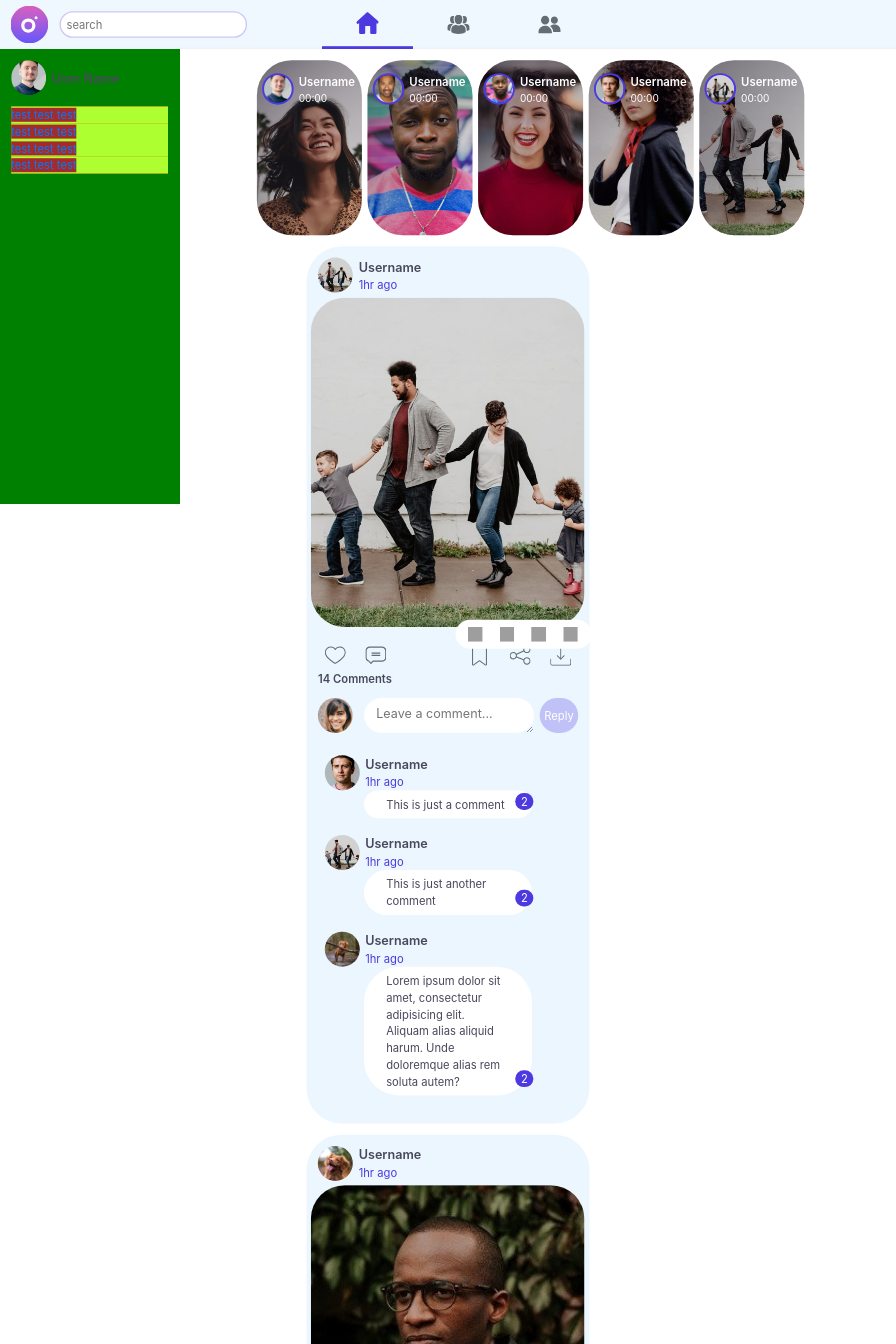
Repository: Flovet-stack/memic
Page: home.html
An editor plug-in stored every save of this project. The page is shown before and after the next save, followed by the edit.
The browser window is 1280 px wide. The pictures show the part of the page from y = 0 to 1920 px (the page is 3240 px tall), at 70% of full size.
Pictures or frames that could not be fetched are drawn as grey boxes. Some web fonts or font styles are not loaded; a fallback is used.

Above is the page before, as saved 2020-10-18 00:59:17.
Console error: TypeError: Cannot read properties of undefined (reading 'fn')

After the next save:
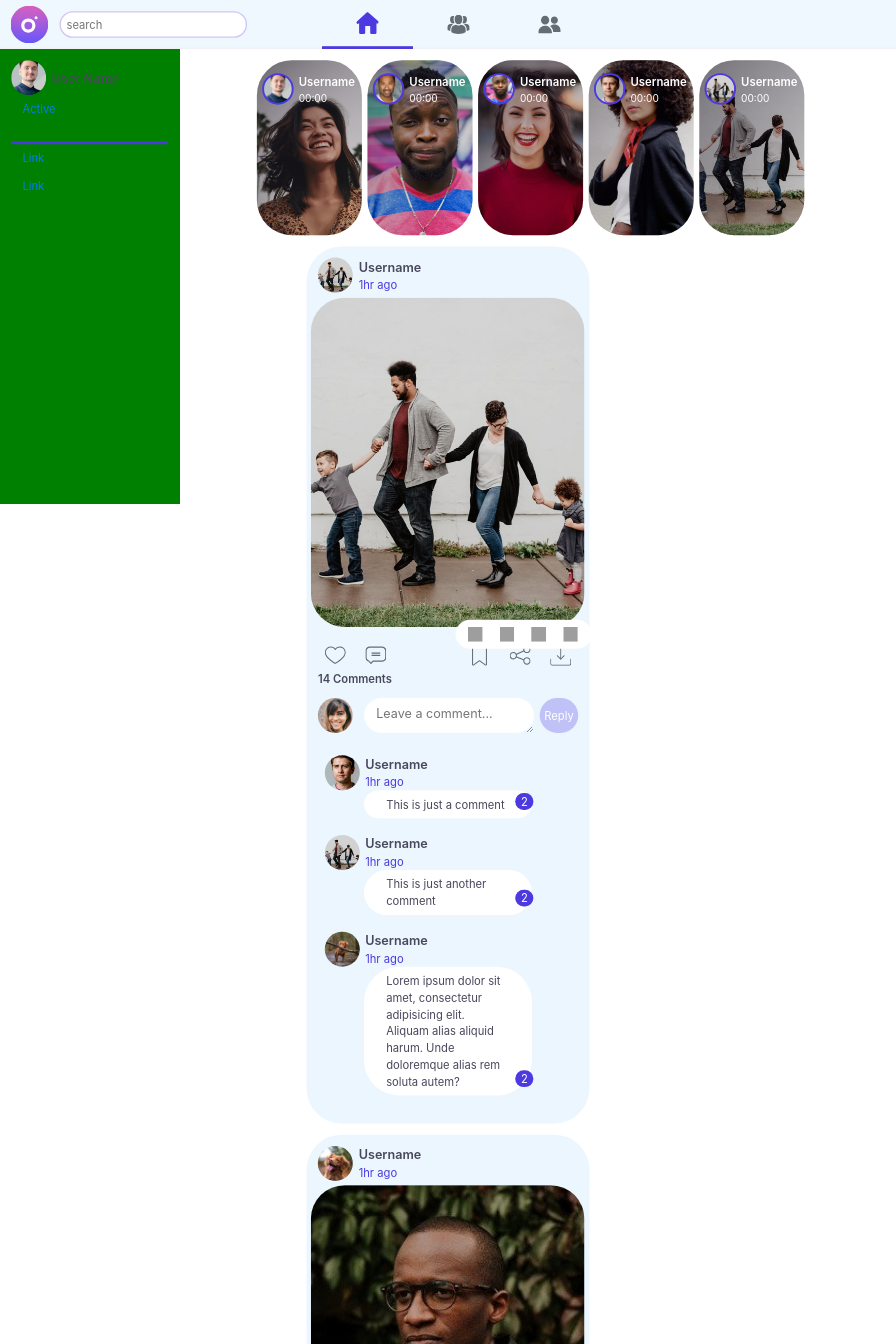
Saved 9 h 11 min later.
--- a/home.html
+++ b/home.html
@@ -55,13 +55,17 @@
                         <div class="card-time">00:00</div>
                     </div>
                 </a>
-
-                <ul class="home-left-nav-1">
-                    <li><a href="#"> test test test</a></li>
-                    <li><a href="#"> test test test</a></li>
-                    <li><a href="#"> test test test</a></li>
-                    <li><a href="#"> test test test</a></li>
-                </ul>
+                <ul class="nav flex-column">
+                    <li class="nav-item">
+                      <a class="nav-link active" href="#">Active</a>
+                    </li>
+                    <li class="nav-item">
+                      <a class="nav-link" href="#">Link</a>
+                    </li>
+                    <li class="nav-item">
+                      <a class="nav-link" href="#">Link</a>
+                    </li>
+                  </ul>
 
             </div>
             <div class="home-center">
